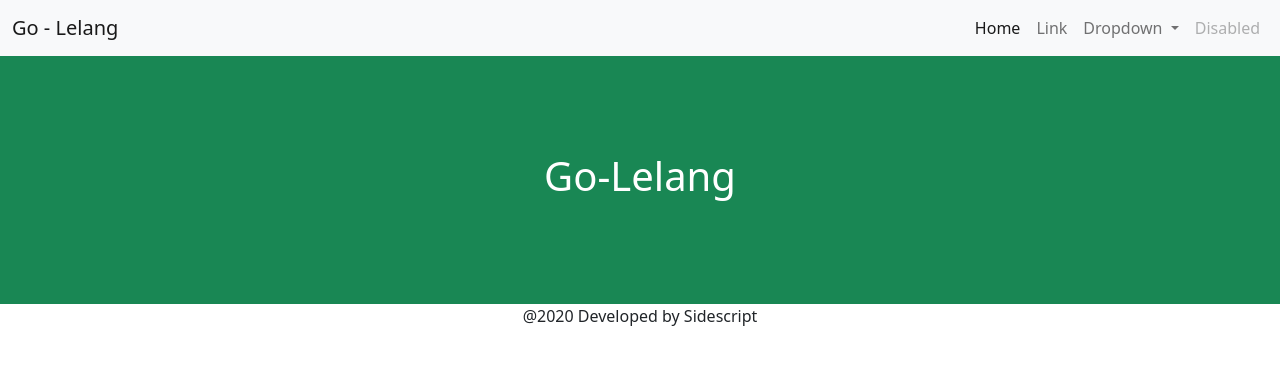
Repository: khulqu15/Go---Lelalng
Page: http://localhost/
The author's editor kept a copy of each file at every save. The page is drawn from the files as they stood at one save, then again after the next save.
The browser window is 1280 px wide. The pictures show the whole page.
The page is served by the project's Laravel application, run on PHP 8.4 with Laravel 8.

Above is the page before, as saved 2021-02-22 09:18:03.

After the next save:
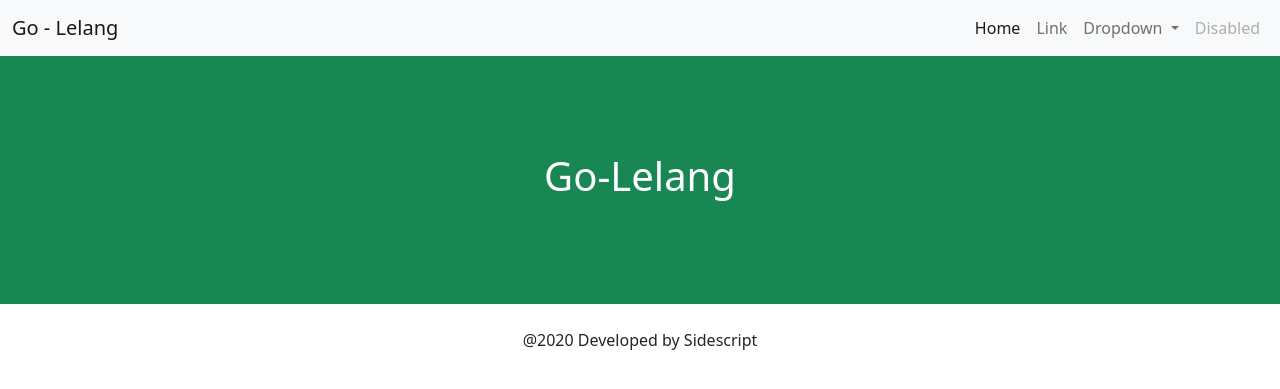
Saved 89 s later.
--- a/resources/views/layout/app.blade.php
+++ b/resources/views/layout/app.blade.php
@@ -53,7 +53,7 @@
 
     @yield('content')
 
-    <footer class="container-fluid">
+    <footer class="container-fluid py-4">
         <div class="row">
             <div class="col-md-12 text-center">
                 <p class="mb-0">@2020 Developed by Sidescript</p>
